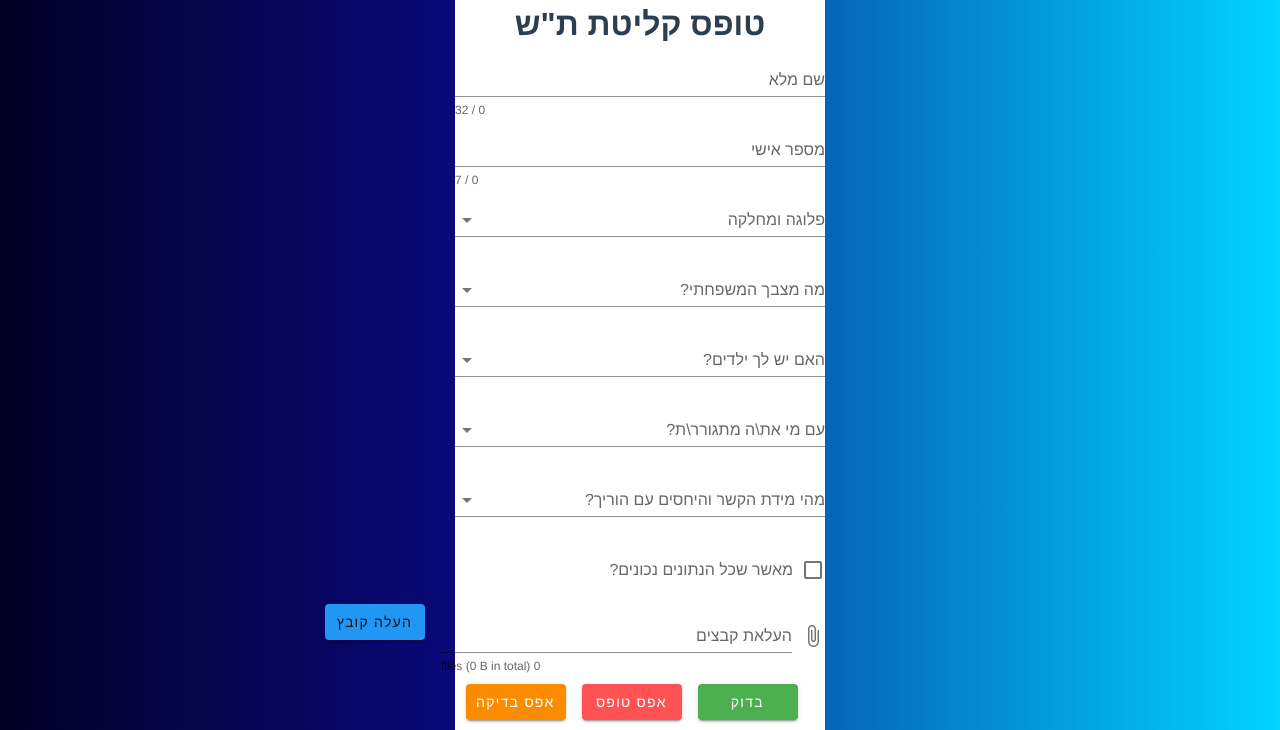
Repository: Natanhel/klitat-tash
Page: /
These files come from the project's save history. The page is drawn as it stood at one moment and after the next save; the edit follows.
The browser window is 1280 px wide. The pictures show the whole page.
The page's requests for data from a server got no answer. The project was rebuilt for these pictures with package versions that can differ from the ones it lists, and the page was loaded fresh each time. No one was signed in, and anything a server would have sent is missing. Also part of the build but not shown: vue.config.js.

Above is the page before, as saved 2020-12-01 18:04:41.

After the next save:
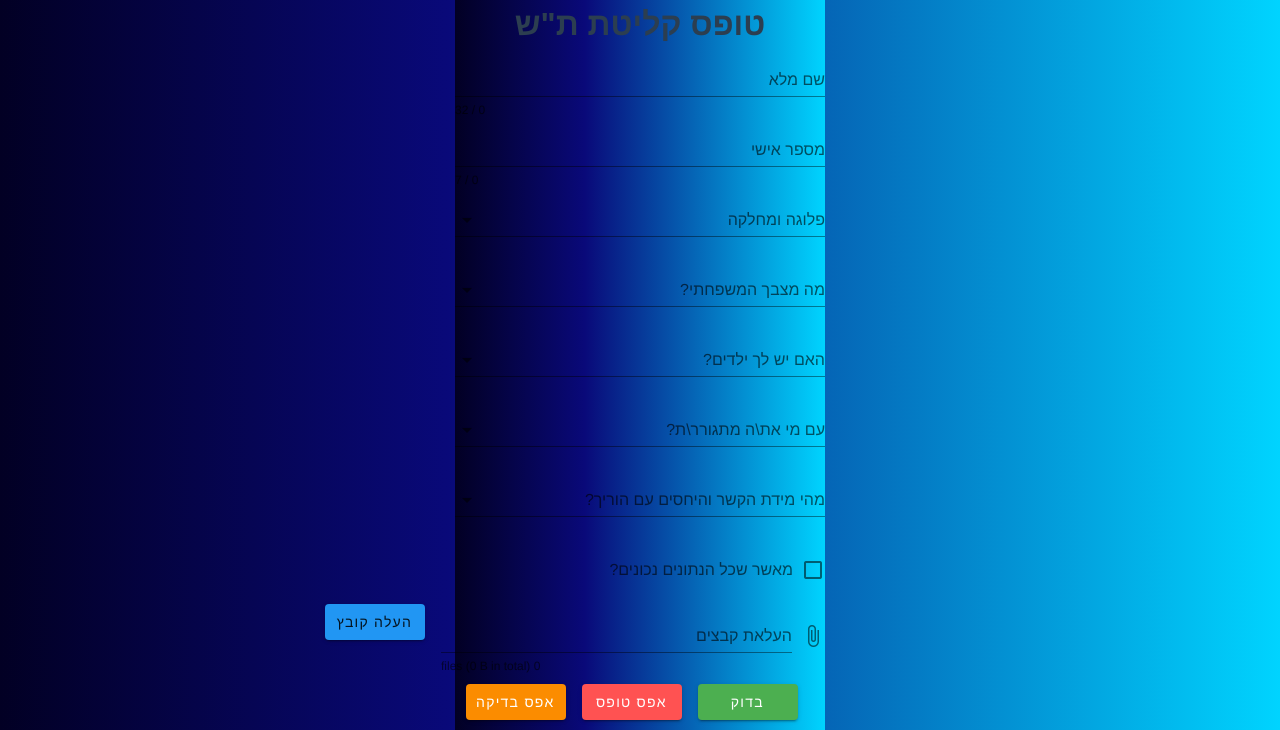
Saved 5 s later.
--- a/src/App.vue
+++ b/src/App.vue
@@ -270,7 +270,8 @@ form
   flex-direction: row;
   width: 500px;
 }
-html
+html,
+#app
 {
   background: rgb(2,0,36);
   background: linear-gradient(90deg, rgba(2,0,36,1) 0%, rgba(9,9,121,1) 35%, rgba(0,212,255,1) 100%);
